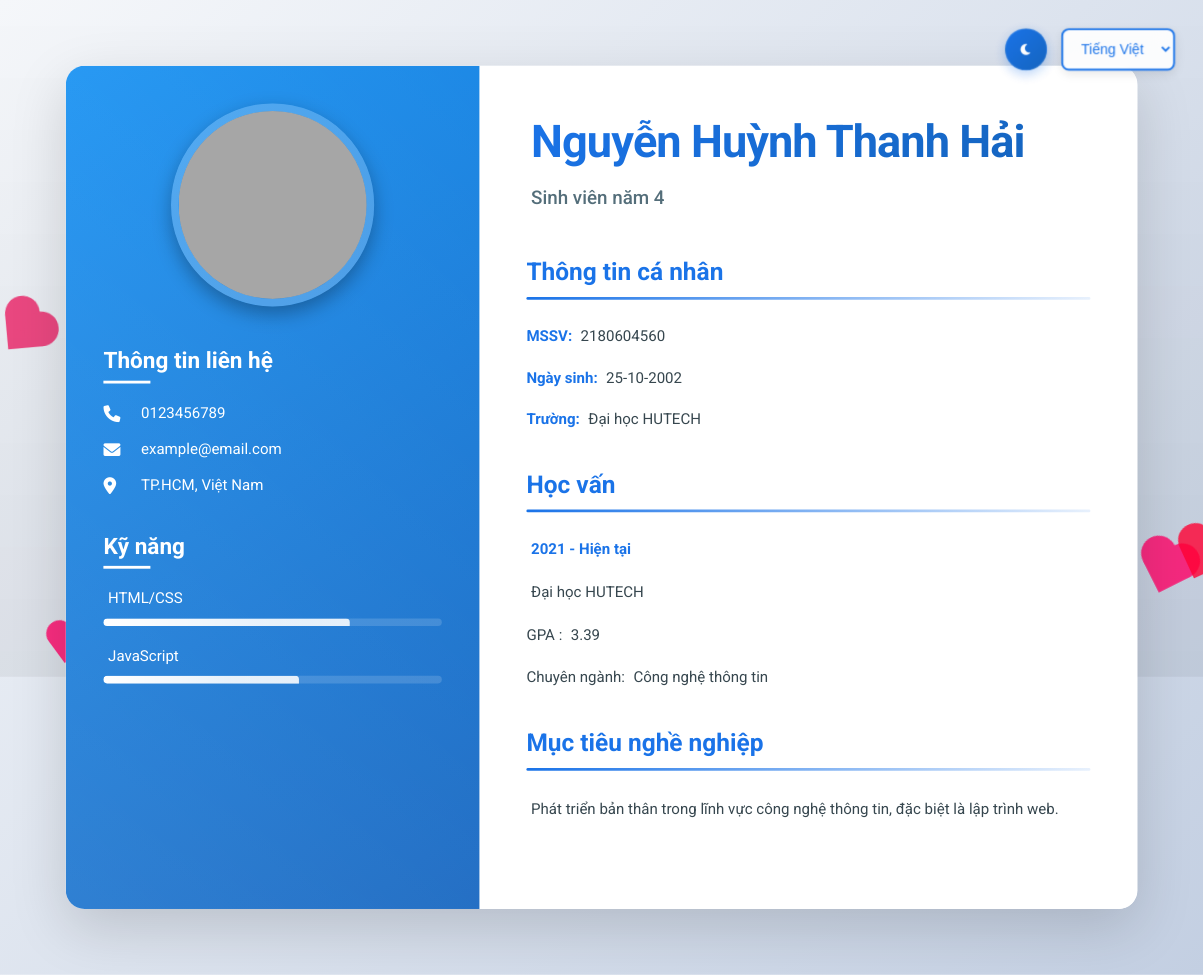
Repository: Haimichi/haimichi.github.io
Page: index.html
An editor plug-in stored every save of this project. The page is shown before and after the next save, followed by the edit.
The browser window is 1280 px wide. The pictures show the whole page, at 94% of full size.
Pictures or frames that could not be fetched are drawn as grey boxes.

Above is the page before, as saved 2025-03-04 11:06:06.

### index.html
<!DOCTYPE html>
<html lang="en">
<head>
    <meta charset="UTF-8">
    <meta name="viewport" content="width=device-width, initial-scale=1.0">
    <title>CV - Nguyễn Huỳnh Thanh Hải</title>
    <link rel="stylesheet" href="style.css">
    <link rel="stylesheet" href="https://cdnjs.cloudflare.com/ajax/libs/font-awesome/6.0.0/css/all.min.css">
    <link href="https://fonts.googleapis.com/css2?family=Roboto:wght@400;500;700&display=swap" rel="stylesheet">
    <style>
        .editable-input {
            background: transparent;
            border: none;
            border-bottom: 2px solid #1a73e8;
            color: inherit;
            font-size: inherit;
            font-family: inherit;
            width: 100%;
            padding: 5px 0;
            outline: none;
        }

        [contenteditable="true"]:hover {
            background: rgba(26, 115, 232, 0.1);
            cursor: pointer;
            padding: 2px 5px;
            border-radius: 4px;
        }
    </style>
</head>
<body>
    <div class="theme-controls">
        <button id="themeToggle" class="theme-btn">
            <i class="fas fa-moon"></i>
        </button>
        <select id="languageSelect" class="lang-select">
            <option value="vi">Tiếng Việt</option>
            <option value="en">English</option>
        </select>
    </div>
    <div class="container">
        <div class="cv-container">
            <div class="left-column">
                <div class="profile-image">
                    <input type="file" id="imageInput" accept="image/*" style="display: none;">
                    <img src="avatar.jpg" alt="Profile Picture" onclick="document.getElementById('imageInput').click()" style="width: 200px; height: 200px; border-radius: 50%; object-fit: cover; cursor: pointer;">
                </div>
                <script>
                    document.getElementById('imageInput').addEventListener('change', function(event) {
                        const file = event.target.files[0];
                        if (file) {
                            const reader = new FileReader();
                            reader.onload = function(e) {
                                document.querySelector('.profile-image img').src = e.target.result;
                            };
                            reader.readAsDataURL(file);
                        }
                    });
                </script>
                <div class="contact-info">
                    <h2>Thông tin liên hệ</h2>
                    <p><i class="fas fa-phone"></i> <span class="editable" data-key="phone">0123456789</span></p>
                    <p><i class="fas fa-envelope"></i> <span class="editable" data-key="email">example@email.com</span></p>
                    <p><i class="fas fa-map-marker-alt"></i> <span class="editable" data-key="address">TP.HCM, Việt Nam</span></p>
                </div>
                <div class="skills">
                    <h2>Kỹ năng</h2>
                    <div class="skill-item">
                        <span class="editable" data-key="skill1Name">HTML/CSS</span>
                        <div class="skill-level">
                            <div class="skill-bar editable" data-key="skill1Level" style="width: 70%"></div>
                        </div>
                    </div>
                    <div class="skill-item">
                        <span class="editable" data-key="skill2Name">JavaScript</span>
                        <div class="skill-level">
                            <div class="skill-bar editable" data-key="skill2Level" style="width: 55%"></div>
                        </div>
                    </div>
                </div>
            </div>
            <div class="right-column">
                <div class="header">
                    <h1 class="editable" data-key="fullName">Nguyễn Huỳnh Thanh Hải</h1>
                    <h2 class="editable" data-key="title">Sinh viên năm 4</h2>
                </div>
                <div class="section">
                    <h2>Thông tin cá nhân</h2>
                    <p><strong>MSSV:</strong> <span class="editable" data-key="studentId">2180604560</span></p>
                    <p><strong>Ngày sinh:</strong> <span class="editable" data-key="dob">25-10-2002</span></p>
                    <p><strong>Trường:</strong> <span class="editable" data-key="university">Đại học HUTECH</span></p>
                </div>
                <div class="section">
                    <h2>Học vấn</h2>
                    <p><strong class="editable" data-key="educationPeriod">2021 - Hiện tại</strong></p>
                    <p class="editable" data-key="university">Đại học HUTECH</p>
                    <p>GPA : <span class="editable" data-key="gpa">3.39</span></p>
                    <p>Chuyên ngành: <span class="editable" data-key="major">Công nghệ thông tin</span></p>
                </div>
                <div class="section">
                    <h2>Mục tiêu nghề nghiệp</h2>
                    <p class="editable" data-key="careerObjective">Phát triển bản thân trong lĩnh vực công nghệ thông tin, đặc biệt là lập trình web.</p>
                </div>
            </div>
        </div>
    </div>
    <div class="hearts-container"></div>
    <div class="ending-screen">
        <div class="ending-message">❤️ Cảm ơn bạn đã xem CV của tôi! ❤️</div>
        <button class="restart-btn" onclick="restartAnimation()">Xem lại</button>
    </div>
</body>
<script>
const translations = {
    en: {
        title: "Contact Information",
        skills: "Skills",
        personalInfo: "Personal Information",
        education: "Education",
        career: "Career Objectives",
        studentId: "Student ID",
        dob: "Date of Birth",
        university: "University",
        major: "Major",
        present: "Present",
        fullName: "Full Name",
        title: "Title",
        educationPeriod: "Education Period",
        gpa: "GPA",
        careerObjective: "Career Objective",
        skill1Name: "Skill 1",
        skill2Name: "Skill 2"
    },
    vi: {
        title: "Thông tin liên hệ",
        skills: "Kỹ năng",
        personalInfo: "Thông tin cá nhân",
        education: "Học vấn",
        career: "Mục tiêu nghề nghiệp",
        studentId: "MSSV",
        dob: "Ngày sinh",
        university: "Trường",
        major: "Chuyên ngành",
        present: "Hiện tại",
        fullName: "Họ và tên",
        title: "Chức danh",
        educationPeriod: "Thời gian học",
        gpa: "GPA",
        careerObjective: "Mục tiêu nghề nghiệp",
        skill1Name: "Kỹ năng 1",
        skill2Name: "Kỹ năng 2"
    }
};

// Theme Toggle
const themeToggle = document.getElementById('themeToggle');
themeToggle.addEventListener('click', () => {
    document.body.classList.toggle('dark-theme');
    const icon = themeToggle.querySelector('i');
    if (document.body.classList.contains('dark-theme')) {
        icon.classList.replace('fa-moon', 'fa-sun');
    } else {
        icon.classList.replace('fa-sun', 'fa-moon');
    }
});

// Language Toggle
const languageSelect = document.getElementById('languageSelect');
languageSelect.addEventListener('change', (e) => {
    const lang = e.target.value;
    updateLanguage(lang);
});

function updateLanguage(lang) {
    document.querySelector('.contact-info h2').textContent = translations[lang].title;
    document.querySelector('.skills h2').textContent = translations[lang].skills;
    document.querySelector('.section h2').textContent = translations[lang].personalInfo;
    // Update other elements...
    document.querySelectorAll('.editable').forEach(element => {
        const key = element.getAttribute('data-key');
        const savedValue = localStorage.getItem(key);
        if (savedValue) {
            if (element.classList.contains('skill-bar')) {
                element.style.width = savedValue + '%';
            } else {
                element.textContent = savedValue;
            }
        }
    });
}

document.addEventListener('DOMContentLoaded', function() {
    // Khôi phục dữ liệu đã lưu
    const editables = document.querySelectorAll('.editable');
    editables.forEach(element => {
        const savedValue = localStorage.getItem(element.getAttribute('data-key'));
        if (savedValue) {
            element.textContent = savedValue;
        }
        makeEditable(element);
    });

    // Cập nhật hàm updateLanguage
    function updateLanguage(lang) {
        // ...existing translations...
        const editables = document.querySelectorAll('.editable');
        editables.forEach(element => {
            const key = element.getAttribute('data-key');
            const savedValue = localStorage.getItem(key);
            if (savedValue) {
                element.textContent = savedValue;
            }
        });
    }
});

function makeEditable(element) {
    element.addEventListener('click', function() {
        // Nếu là skill bar thì xử lý riêng
        if (element.classList.contains('skill-bar')) {
            const percentage = prompt('Nhập mức độ kỹ năng (0-100)%:', element.style.width.replace('%', ''));
            if (percentage !== null && !isNaN(percentage) && percentage >= 0 && percentage <= 100) {
                element.style.width = percentage + '%';
                localStorage.setItem(element.getAttribute('data-key'), percentage);
            }
            return;
        }

        const currentValue = this.textContent;
        const input = document.createElement('input');
        input.value = currentValue;
        input.className = 'editable-input';

        input.addEventListener('blur', function() {
            element.textContent = this.value;
            localStorage.setItem(element.getAttribute('data-key'), this.value);
        });

        input.addEventListener('keypress', function(e) {
            if (e.key === 'Enter') {
                this.blur();
            }
        });

        element.textContent = '';
        element.appendChild(input);
        input.focus();
    });
}

// Thay đổi các hàm liên quan đến trái tim
let heartCount = 0;
const maxHearts = 200; // Tăng số lượng tim tối đa
const visibleHearts = []; // Mảng lưu trữ các trái tim

function createHeart() {
    if (heartCount >= maxHearts) {
        clearInterval(heartInterval);
        setTimeout(explodeHearts, 2000);
        return;
    }

    const heart = document.createElement('div');
    heart.className = 'heart';

    // Random position
    heart.style.left = Math.random() * 100 + 'vw';

    // Larger size và random size
    const size = Math.random() * 20 + 25; // 25-45px
    heart.style.width = size + 'px';
    heart.style.height = size + 'px';

    // Vibrant colors
    const colors = [
        '#ff0000', '#ff4081', '#e91e63', '#ff6b6b',
        '#ff3366', '#ff0066', '#ff0033', '#ff3399'
    ];
    const color = colors[Math.floor(Math.random() * colors.length)];
    heart.style.background = color;

    // Random duration longer
    const duration = Math.random() * 4 + 6; // 6-10 seconds
    heart.style.setProperty('--duration', duration + 's');

    document.querySelector('.hearts-container').appendChild(heart);
    visibleHearts.push(heart);
    heartCount++;

    // Không xóa tim sau animation nữa
    heart.addEventListener('animationend', () => {
        // Khi animation kết thúc, đưa tim về vị trí ban đầu
        heart.style.animation = 'none';
        heart.offsetHeight; // Trigger reflow
        heart.style.animation = `float ${duration}s ease-in-out infinite`;
    });
}

function explodeHearts() {
    // Dừng animation hiện tại của tất cả trái tim
    visibleHearts.forEach(heart => {
        heart.style.animation = 'explode 1.5s forwards';
    });

    // Show ending screen sau khi hiệu ứng nổ hoàn thành
    setTimeout(() => {
        document.querySelector('.ending-screen').classList.add('show');
    }, 1500);
}

function restartAnimation() {
    // Xóa tất cả tim cũ
    heartCount = 0;
    visibleHearts.length = 0;
    document.querySelector('.hearts-container').innerHTML = '';
    document.querySelector('.ending-screen').classList.remove('show');

    // Restart heart creation
    heartInterval = setInterval(createHeart, 100); // Tạo tim nhanh hơn
}

// Thêm animation explode mới

// Start initial animation
let heartInterval = setInterval(createHeart, 200);
</script>
</html>

### style.css
body {
    margin: 0;
    padding: 0;
    font-family: 'Roboto', 'Segoe UI', sans-serif;
    background: linear-gradient(135deg, #f5f7fa 0%, #c3cfe2 100%);
    display: flex;
    justify-content: center;
    align-items: center;
    min-height: 100vh;
    color: #2c3e50;
}

.container {
    width: 100%;
    max-width: 1200px;
    padding: 30px;
    margin: 20px;
}

.cv-container {
    display: flex;
    background-color: white;
    border-radius: 20px;
    box-shadow: 0 20px 60px rgba(0, 0, 0, 0.15);
    overflow: hidden;
    margin: 20px;
    transition: transform 0.3s ease;
}

.cv-container:hover {
    transform: translateY(-5px);
}

.left-column {
    width: 360px;
    background: linear-gradient(145deg, #2196f3 0%, #1565c0 100%);
    color: white;
    padding: 40px;
    position: relative;
    overflow: hidden;
}

.left-column::before {
    content: '';
    position: absolute;
    top: 0;
    left: 0;
    right: 0;
    bottom: 0;
    background: linear-gradient(45deg, rgba(255,255,255,0.1) 0%, rgba(255,255,255,0) 100%);
    pointer-events: none;
}

.right-column {
    flex: 1;
    padding: 50px;
    background: white;
}

.profile-image {
    text-align: center;
    margin-bottom: 40px;
}

.profile-image img {
    width: 220px;
    height: 220px;
    border-radius: 50%;
    border: 8px solid rgba(255, 255, 255, 0.2);
    box-shadow: 0 8px 20px rgba(0, 0, 0, 0.3);
    transition: all 0.4s ease;
    filter: brightness(1.05);
}

.profile-image img:hover {
    transform: scale(1.05) rotate(2deg);
    border-color: rgba(255, 255, 255, 0.4);
}

.contact-info {
    margin-bottom: 40px;
}

.contact-info h2 {
    font-size: 24px;
    margin-bottom: 20px;
    position: relative;
    padding-bottom: 10px;
}

.contact-info h2::after {
    content: '';
    position: absolute;
    left: 0;
    bottom: 0;
    width: 50px;
    height: 3px;
    background: white;
}

.contact-info p {
    margin: 15px 0;
    display: flex;
    align-items: center;
    font-size: 16px;
}

.contact-info i {
    margin-right: 15px;
    width: 20px;
    font-size: 18px;
}

.skills {
    margin-bottom: 30px;
}

.skills h2 {
    font-size: 24px;
    margin-bottom: 20px;
    position: relative;
    padding-bottom: 10px;
}

.skills h2::after {
    content: '';
    position: absolute;
    left: 0;
    bottom: 0;
    width: 50px;
    height: 3px;
    background: white;
}

.skill-item {
    margin: 20px 0;
}

.skill-item span {
    display: block;
    margin-bottom: 10px;
    font-size: 16px;
}

.skill-level {
    width: 100%;
    height: 8px;
    background-color: rgba(255, 255, 255, 0.15);
    border-radius: 20px;
    overflow: hidden;
    position: relative;
}

.skill-bar {
    height: 100%;
    background: linear-gradient(90deg, #ffffff 0%, rgba(255,255,255,0.8) 100%);
    border-radius: 20px;
    transition: width 1.5s cubic-bezier(0.165, 0.84, 0.44, 1);
    position: relative;
    overflow: hidden;
}

.skill-bar::after {
    content: '';
    position: absolute;
    top: 0;
    left: -100%;
    width: 100%;
    height: 100%;
    background: linear-gradient(90deg, transparent, rgba(255,255,255,0.4), transparent);
    animation: shimmer 2s infinite;
}

@keyframes shimmer {
    100% {
        left: 100%;
    }
}

.header {
    margin-bottom: 50px;
}

.header h1 {
    font-size: 48px;
    background: linear-gradient(135deg, #1a73e8 0%, #1565c0 100%);
    -webkit-background-clip: text;
    -webkit-text-fill-color: transparent;
    margin: 0 0 15px 0;
    font-weight: 700;
    letter-spacing: -1px;
    position: relative;
}

.header h2 {
    color: #546e7a;
    margin: 0;
    font-size: 20px;
    font-weight: 500;
}

.section {
    margin-bottom: 40px;
}

.section h2 {
    color: #1a73e8;
    font-size: 26px;
    margin-bottom: 25px;
    position: relative;
    padding-bottom: 15px;
    font-weight: 600;
}

.section h2::after {
    content: '';
    position: absolute;
    left: 0;
    bottom: 0;
    width: 100%;
    height: 3px;
    background: linear-gradient(90deg, #1a73e8 0%, rgba(26,115,232,0.1) 100%);
    border-radius: 3px;
}

.section p {
    margin: 15px 0;
    line-height: 1.8;
    color: #37474f;
    font-size: 16px;
}

.section strong {
    color: #1a73e8;
    font-weight: 600;
}

@media (max-width: 768px) {
    .cv-container {
        flex-direction: column;
    }

    .left-column {
        width: auto;
    }

    .profile-image img {
        width: 150px;
        height: 150px;
    }
}

/* Theme controls styling */
.theme-controls {
    position: fixed;
    top: 30px;
    right: 30px;
    display: flex;
    gap: 15px;
    z-index: 1000;
}

.theme-btn {
    background: linear-gradient(135deg, #1a73e8 0%, #1565c0 100%);
    backdrop-filter: blur(10px);
    -webkit-backdrop-filter: blur(10px);
    border: 1px solid rgba(255,255,255,0.1);
    color: white;
    padding: 12px;
    border-radius: 50%;
    cursor: pointer;
    width: 45px;
    height: 45px;
    display: flex;
    align-items: center;
    justify-content: center;
    box-shadow: 0 4px 12px rgba(26,115,232,0.3);
    transition: transform 0.3s ease;
}

.theme-btn:hover {
    transform: translateY(-2px);
}

.lang-select {
    padding: 8px 15px;
    border-radius: 8px;
    border: 2px solid #1a73e8;
    background: rgba(255,255,255,0.9);
    backdrop-filter: blur(10px);
    -webkit-backdrop-filter: blur(10px);
    color: #1a73e8;
    cursor: pointer;
    font-size: 15px;
    font-weight: 500;
    transition: all 0.3s ease;
    box-shadow: 0 4px 12px rgba(0,0,0,0.1);
}

.lang-select:hover {
    background: #1a73e8;
    color: white;
}

/* Dark theme enhancements */
body.dark-theme {
    background: linear-gradient(135deg, #1a1a1a 0%, #2d2d2d 100%);
}

.dark-theme .cv-container {
    background-color: #1e1e1e;
    box-shadow: 0 20px 60px rgba(0, 0, 0, 0.3);
}

.dark-theme .right-column {
    color: #ffffff;
}

.dark-theme .section p {
    color: #e0e0e0;
}

.dark-theme .header h1 {
    background: linear-gradient(135deg, #64b5f6 0%, #1976d2 100%);
    -webkit-background-clip: text;
    -webkit-text-fill-color: transparent;
}

.dark-theme .header h2 {
    color: #b0b0b0;
}

.dark-theme .section h2 {
    color: #4a9eff;
    border-bottom-color: #4a9eff;
}

.dark-theme .left-column {
    background: linear-gradient(145deg, #1565c0 0%, #0d47a1 100%);
}

/* Thêm styles cho các phần tử có thể chỉnh sửa */
.editable {
    transition: all 0.3s ease;
    padding: 2px 5px;
    border-radius: 4px;
}

.editable:hover {
    background: rgba(26, 115, 232, 0.1);
    cursor: pointer;
}

.dark-theme .editable:hover {
    background: rgba(255, 255, 255, 0.1);
}

.editable-input {
    background: transparent;
    border: none;
    border-bottom: 2px solid #1a73e8;
    color: inherit;
    font-size: inherit;
    font-family: inherit;
    width: 100%;
    padding: 5px 0;
    outline: none;
}

.dark-theme .editable-input {
    border-bottom-color: #64b5f6;
}

/* Đặc biệt cho skill bars */
.skill-bar.editable:hover {
    opacity: 0.8;
    cursor: pointer;
}

/* Styles cho header editable */
h1.editable, h2.editable {
    display: inline-block;
    width: auto;
    min-width: 200px;
}

.header h1.editable:hover {
    background: rgba(26, 115, 232, 0.05);
}

/* Responsive improvements */
@media (max-width: 968px) {
    .cv-container {
        flex-direction: column;
        margin: 10px;
    }

    .left-column {
        width: auto;
        padding: 30px;
    }

    .header h1 {
        font-size: 36px;
    }
}

/* Cập nhật styles cho hearts */
.hearts-container {
    position: fixed;
    bottom: 0;
    left: 0;
    width: 100%;
    height: 100vh;
    pointer-events: none;
    z-index: -1;
    overflow: hidden;
    background: linear-gradient(to top, rgba(0,0,0,0.05), transparent);
}

.heart {
    position: absolute;
    bottom: -50px;
    width: 30px;
    height: 30px;
    background: transparent;
    transform: rotate(45deg);
    opacity: 0.8;
    animation: float var(--duration) ease-in-out infinite;
}

.heart::before,
.heart::after {
    content: '';
    position: absolute;
    width: 100%;
    height: 100%;
    background: inherit;
    border-radius: 50%;
}

.heart::before {
    left: -50%;
}

.heart::after {
    top: -50%;
}

@keyframes float {
    0% {
        transform: translateY(0) rotate(45deg) scale(1);
    }
    50% {
        transform: translateY(-50vh) rotate(90deg) scale(1.1);
    }
    100% {
        transform: translateY(-100vh) rotate(45deg) scale(1);
    }
}

/* Hiệu ứng nổ tim */
@keyframes explode {
    0% {
        transform: translate(0, 0) rotate(45deg) scale(1);
        opacity: 0.8;
    }
    50% {
        transform: translate(var(--explode-x), var(--explode-y)) rotate(180deg) scale(2);
        opacity: 0.5;
    }
    100% {
        transform: translate(var(--explode-x), var(--explode-y)) rotate(360deg) scale(0);
        opacity: 0;
    }
}

/* Màn hình kết thúc */
.ending-screen {
    position: fixed;
    top: 0;
    left: 0;
    width: 100%;
    height: 100vh;
    background: linear-gradient(135deg, #ff6b6b 0%, #ff4081 100%);
    display: none;
    justify-content: center;
    align-items: center;
    flex-direction: column;
    z-index: 1000;
    opacity: 0;
    transition: opacity 1s ease;
}

.ending-screen.show {
    display: flex;
    opacity: 1;
}

.ending-message {
    color: white;
    font-size: 48px;
    font-weight: bold;
    text-align: center;
    margin-bottom: 30px;
    text-shadow: 2px 2px 4px rgba(0,0,0,0.3);
    animation: pulse 2s infinite;
}

.restart-btn {
    padding: 15px 30px;
    font-size: 20px;
    background: white;
    color: #ff4081;
    border: none;
    border-radius: 30px;
    cursor: pointer;
    transition: all 0.3s ease;
    box-shadow: 0 4px 15px rgba(0,0,0,0.2);
}

.restart-btn:hover {
    transform: translateY(-2px);
    box-shadow: 0 6px 20px rgba(0,0,0,0.3);
}

@keyframes pulse {
    0% { transform: scale(1); }
    50% { transform: scale(1.05); }
    100% { transform: scale(1); }
}

After the next save:
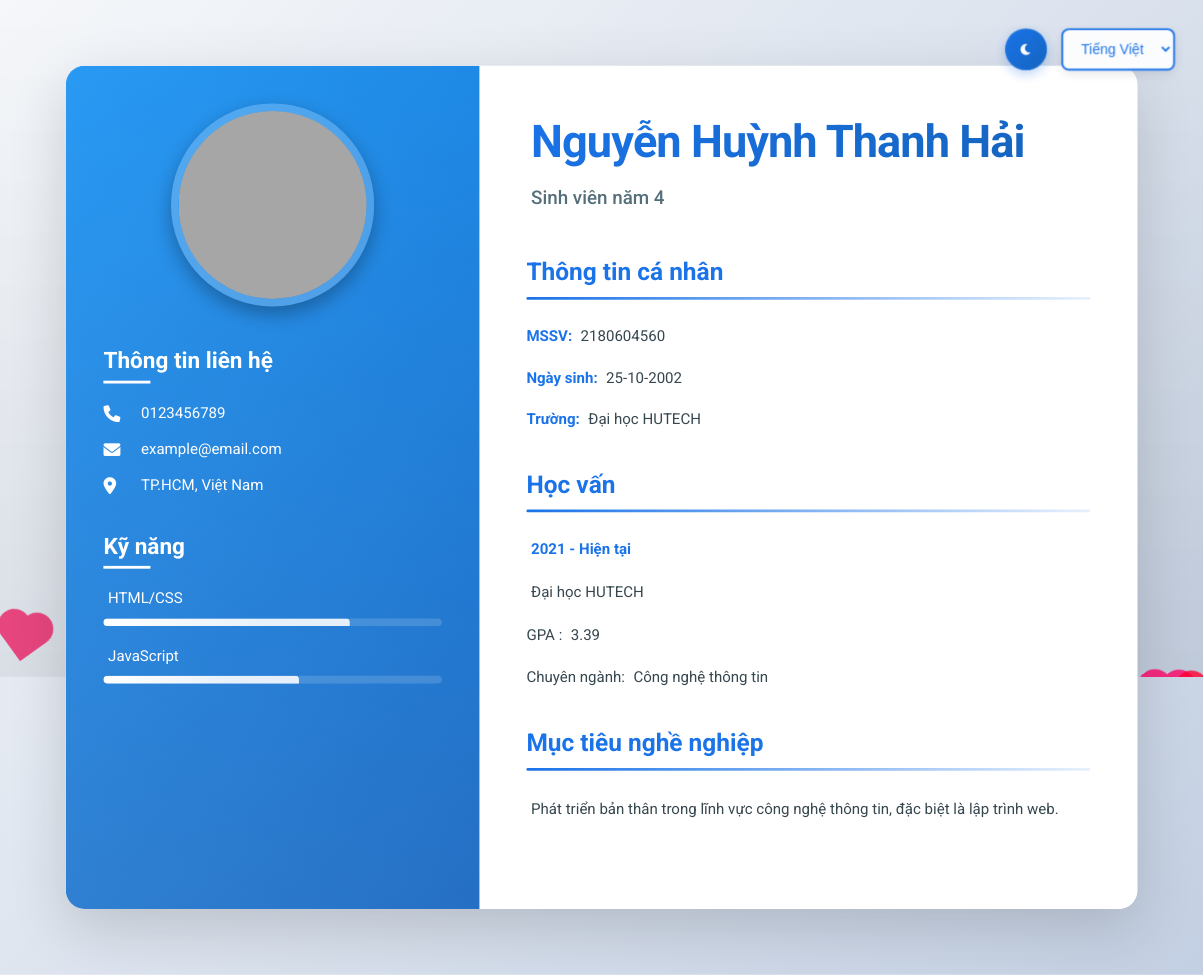
Saved 4 min 53 s later.
--- a/index.html
+++ b/index.html
@@ -279,21 +279,19 @@ function createHeart() {
     const color = colors[Math.floor(Math.random() * colors.length)];
     heart.style.background = color;
 
-    // Random duration longer
-    const duration = Math.random() * 4 + 6; // 6-10 seconds
-    heart.style.setProperty('--duration', duration + 's');
+    // Position calculation
+    const startY = window.innerHeight + size; // Start below viewport
+    const endY = -size; // End above viewport
+    const distance = startY + Math.abs(endY);
+    const duration = (distance / 100) * (Math.random() * 2 + 3); // Adjust speed based on distance
+
+    heart.style.setProperty('--start-y', `${startY}px`);
+    heart.style.setProperty('--end-y', `${endY}px`);
+    heart.style.setProperty('--duration', `${duration}s`);
 
     document.querySelector('.hearts-container').appendChild(heart);
     visibleHearts.push(heart);
     heartCount++;
-
-    // Không xóa tim sau animation nữa
-    heart.addEventListener('animationend', () => {
-        // Khi animation kết thúc, đưa tim về vị trí ban đầu
-        heart.style.animation = 'none';
-        heart.offsetHeight; // Trigger reflow
-        heart.style.animation = `float ${duration}s ease-in-out infinite`;
-    });
 }
 
 function explodeHearts() {
